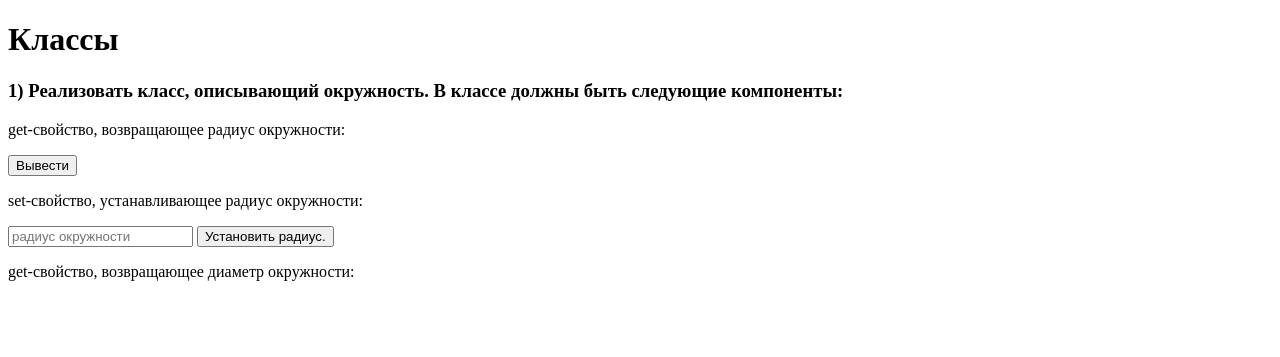
Repository: NastyaGavrilova/Beetroot-js
Page: HW6/index.html
The author's editor kept a copy of each file at every save. The page is drawn from the files as they stood at one save, then again after the next save.
The browser window is 1280 px wide. The pictures show the whole page.

Above is the page before, as saved 2021-10-24 17:17:22.
Console error (its wording comes from the project's code and is left out).

After the next save:
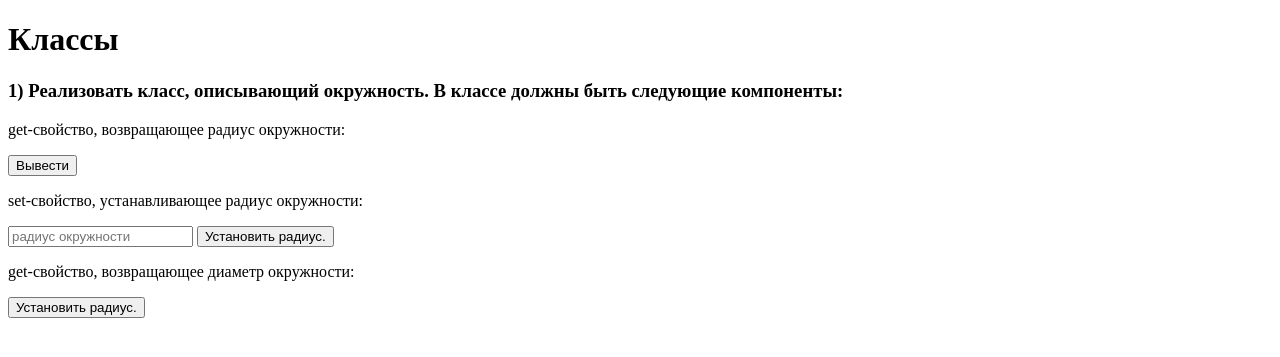
Saved 16 s later.
--- a/HW6/index.html
+++ b/HW6/index.html
@@ -45,6 +45,7 @@
             <span id="js-task1-span3"></span>
           </p>
         </div>
+        <button id="js-task1-btn3">Установить радиус.</button>
       </div>
     </section>
 
